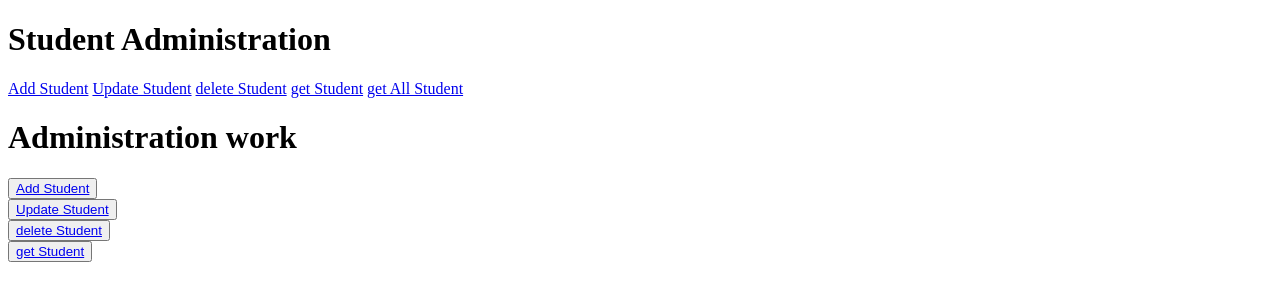
Repository: Anandnand/Web-Application
Page: http://localhost/index
An editor plug-in stored every save of this project. The page is shown before and after the next save, followed by the edit.
The browser window is 1280 px wide. The pictures show the whole page.
The page is this project's Thymeleaf template; nobody is signed in. The template is opened directly, without the code that normally fills it, so the values that code supplies are empty.

Above is the page before, as saved 2024-03-25 17:57:40.

After the next save:
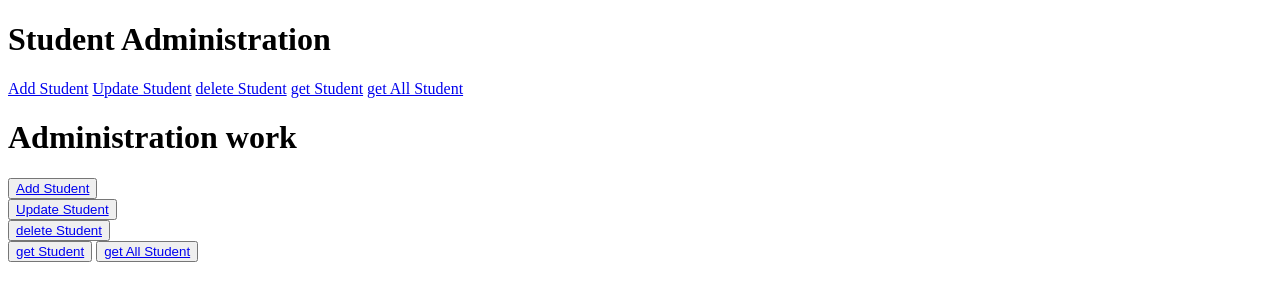
Saved 16 s later.
--- a/Login/src/main/resources/templates/index.html
+++ b/Login/src/main/resources/templates/index.html
@@ -38,6 +38,9 @@
 		<button>
 			<a href="/api/nav/getStudent" target="_blank">get Student</a>
 		</button>
+		<button>
+			<a href="/api/nav/getAllStudent" target="_blank">get All Student</a>
+		</button>
 	</div>
 
 </body>
